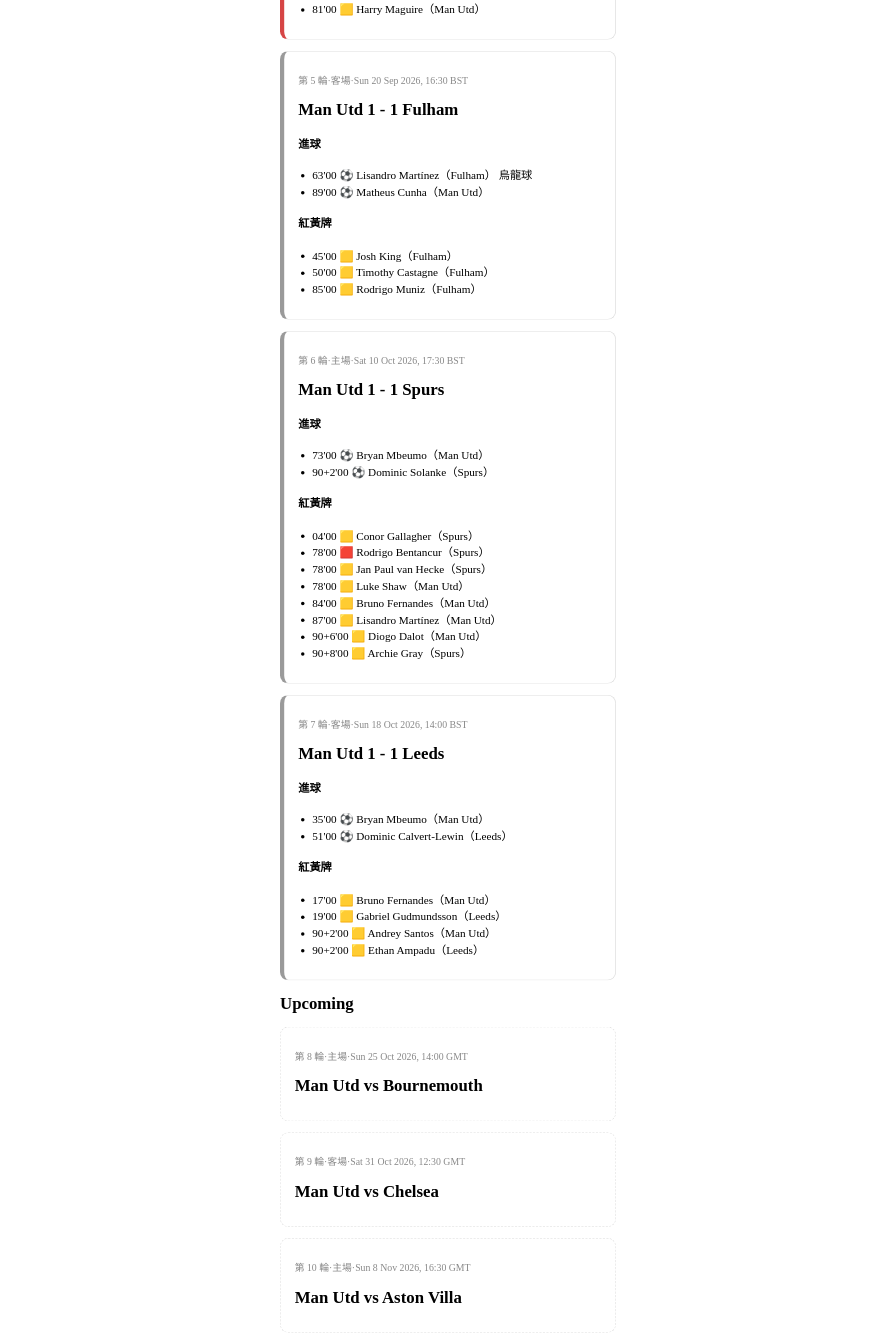
Repository: Chengyu0814/Premier-League-Dashboard
Page: / (app in frontend/)
These files come from the project's save history. The page is drawn as it stood at one moment and after the next save; the edit follows.
The browser window is 1280 px wide. The pictures show the part of the page from y = 1104 to 3024 px (the page is 3024 px tall), at 70% of full size.
The project was rebuilt for these pictures with package versions that can differ from the ones it lists, and the page was loaded fresh each time. Also part of the build but not shown: frontend/vite.config.js.

Above is the page before, as saved 2026-10-27 14:11:58.

### frontend/src/App.jsx
import PremierLeague from'./PremierLeague.jsx';
import "./index.css";

function App() {

  return (
    <>
    <PremierLeague/>
    </>
)
}

export default App

### frontend/src/PremierLeague.jsx
import { useState, useEffect } from 'react'
import MatchCard from './MatchCard.jsx'
 import Summary from './Summary.jsx'

function PremierLeague() {

  const [matches, setMatches] = useState([])

  useEffect(() => {
    fetch('/man_utd_summary.json')
      .then((res) => res.json())
      .then((data) => {setMatches(data)})
    }, [])

  const finished = matches.filter((m) => m.status === 'C')
  const upcoming = matches.filter((m) => m.status === 'U')

  return (
    <div className="dashboard">
    <h1>Man Utd Dashboard</h1>
    <Summary matches={finished}/>
     <h2>Finished</h2>
    {finished.map(
      (m) =>(<MatchCard key={m.gameweek} match={m} />)
    )}
    <h2>Upcoming</h2>
    {upcoming.map((m) => <MatchCard key={m.gameweek} match={m} />)}
    </div>
)
}

export default PremierLeague

### frontend/src/index.css
.dashboard {
    max-width: 480px;
    margin: 0 auto;
    padding: 0 16px;
}

.match-card{
    border: 1px solid #ddd;
    border-radius: 12px;
    padding: 16px 20px;
    margin: 16px 0;
    max-width: 480px;
    text-align: left;
}

.match-card.result-W { border-left: 6px solid #2e9e5b; }
.match-card.result-D { border-left: 6px solid #9a9a9a; }
.match-card.result-L { border-left: 6px solid #d64545; }

.match-card .kickoff{
    color: #888;
    font-size: 14px;
}

.match-card ul{
    padding-left: 20px;
}

.summary {
    display: flex;
    gap: 12px;
    max-width: 480px;
}
.stat {
    flex: 1;
    border: 1px solid #ddd;
    border-radius: 12px;
    padding: 12px 0;
    text-align: center;
}
.stat-value {
    font-size: 28px;
    font-weight: bold;
}
.stat-label {
    color: #888;
    font-size: 14px;
}
.match-card.upcoming {
    border-style: dashed;
  }

.match-count {
    color: black;
    font-size: 25px;
    margin-bottom: 8px;
    text-align: left;
}

### frontend/src/MatchCard.jsx
import { getSides, getResult } from './matchUtils.js'

const CARD_LABEL = { Y: '🟨', R: '🟥', YR: '🟨🟥' }

function MatchCard({ match }) {
  const { gameweek, kickoff, status, goals, cards } = match
  const { isHome, us, them } = getSides(match)
  const venue = isHome ? '主場' : '客場'

  if (status !== 'C') {
  return (
    <div className="match-card upcoming">
      <p className="kickoff">第 {gameweek} 輪·{venue}·{kickoff}</p>
      <h2>{us.team} vs {them.team}</h2>
    </div>
  )
  }
  const { result } = getResult(match)
  return (
  <div className={`match-card result-${result}`}>
    <p className="kickoff">第 {gameweek} 輪·{venue}·{kickoff}</p>
    <h2>{us.team} {us.score} - {them.score} {them.team}</h2>

    <h4>進球</h4>
    <ul>
    {goals.map((g, i) => (
      <li key={i}>
        {g.time} ⚽ {g.player}（{g.team}）
        {g.type === 'O' && ' 烏龍球'}
        {g.type === 'P' && ' 點球'}
      </li>
      ))}

    </ul>
    <h4>紅黃牌</h4>
    <ul>
      {cards.map((c, i) => (
        <li key={i}>
          {c.time} {CARD_LABEL[c.card]} {c.player}（{c.team}）
        </li>
    ))}
    </ul>
  </div>
  )
}

export default MatchCard

### frontend/src/Summary.jsx
import { getResult } from './matchUtils.js'

function Summary({ matches }) {
    let win = 0, draw = 0, loss = 0, goalsFor = 0, goalsAgainst = 0

    for (const m of matches) {

        const {us, them, result} = getResult(m)

        goalsFor += us.score
        goalsAgainst += them.score
        if (result==="W") win++
        else if (result==="D") draw++
        else loss++
    }

    const stats = [
        { label: 'Win', value: win },
        { label: 'Draw', value: draw },
        { label: 'Loss', value: loss },
        { label: 'Goals', value: goalsFor },
        { label: 'Conceded', value: goalsAgainst }
    ]

    return (
    <div>
    <div className="match-count">Currently {matches.length} matches</div>
    <div className="summary">
        {stats.map((s) => (
        <div key={s.label} className="stat">
            <div className="stat-value">{s.value}</div>
            <div className="stat-label">{s.label}</div>
        </div>
        ))}
    </div>
    </div>
    )
}

export default Summary

### frontend/src/matchUtils.js
export const TEAM = 'Man Utd'

export function getSides(match) {
    const isHome = match.home.team === TEAM
    const us = isHome ? match.home : match.away
    const them = isHome ? match.away : match.home
    return { isHome, us, them }
}

export function getResult(match) {
    const { us, them } = getSides(match)

    let result = 'D'
    if (us.score > them.score) result = 'W'
    else if (us.score < them.score) result = 'L'

    return { us, them, result }
}

### frontend/public/man_utd_summary.json
[
  {
    "gameweek": 3,
    "kickoff": "Sun 6 Sep 2026, 14:00 BST",
    "status": "C",
    "home": {
      "team": "Everton",
      "score": 2
    },
    "away": {
      "team": "Man Utd",
      "score": 2
    },
    "goals": [
      {
        "time": "46'00",
        "team": "Man Utd",
        "player": "Bryan Mbeumo",
        "type": "G"
      },
      {
        "time": "83'00",
        "team": "Everton",
        "player": "Tyrique George",
        "type": "G"
      },
      {
        "time": "88'00",
        "team": "Man Utd",
        "player": "Benjamin Sesko",
        "type": "G"
      },
      {
        "time": "90+6'00",
        "team": "Everton",
        "player": "Ainsley Maitland-Niles",
        "type": "G"
      }
    ],
    "cards": [
      {
        "time": "13'00",
        "team": "Everton",
        "player": "Harrison Armstrong",
        "card": "Y"
      },
      {
        "time": "34'00",
        "team": "Everton",
        "player": "Brennan Johnson",
        "card": "Y"
      },
      {
        "time": "62'00",
        "team": "Man Utd",
        "player": "Luke Shaw",
        "card": "Y"
      },
      {
        "time": "64'00",
        "team": "Everton",
        "player": "Merlin Röhl",
        "card": "Y"
      },
      {
        "time": "79'00",
        "team": "Man Utd",
        "player": "Harry Maguire",
        "card": "Y"
      },
      {
        "time": "81'00",
        "team": "Man Utd",
        "player": "Diogo Dalot",
        "card": "Y"
      }
    ]
  },
  {
    "gameweek": 4,
    "kickoff": "Sun 13 Sep 2026, 16:30 BST",
    "status": "C",
    "home": {
      "team": "Man Utd",
      "score": 0
    },
    "away": {
      "team": "Man City",
      "score": 1
    },
    "goals": [
      {
        "time": "60'00",
        "team": "Man City",
        "player": "Erling Haaland",
        "type": "G"
      }
    ],
    "cards": [
      {
        "time": "23'00",
        "team": "Man City",
        "player": "Phil Foden",
        "card": "R"
      },
      {
        "time": "79'00",
        "team": "Man City",
        "player": "Josko Gvardiol",
        "card": "Y"
      },
      {
        "time": "80'00",
        "team": "Man City",
        "player": "Enzo Fernández",
        "card": "Y"
      },
      {
        "time": "81'00",
        "team": "Man Utd",
        "player": "Harry Maguire",
        "card": "Y"
      }
    ]
  },
  {
    "gameweek": 5,
    "kickoff": "Sun 20 Sep 2026, 16:30 BST",
    "status": "C",
    "home": {
      "team": "Fulham",
      "score": 1
    },
    "away": {
      "team": "Man Utd",
      "score": 1
    },
    "goals": [
      {
        "time": "63'00",
        "team": "Fulham",
        "player": "Lisandro Martínez",
        "type": "O"
      },
      {
        "time": "89'00",
        "team": "Man Utd",
        "player": "Matheus Cunha",
        "type": "G"
      }
    ],
    "cards": [
      {
        "time": "45'00",
        "team": "Fulham",
        "player": "Josh King",
        "card": "Y"
      },
      {
        "time": "50'00",
        "team": "Fulham",
        "player": "Timothy Castagne",
        "card": "Y"
      },
      {
        "time": "85'00",
        "team": "Fulham",
        "player": "Rodrigo Muniz",
        "card": "Y"
      }
    ]
  },
  {
    "gameweek": 6,
    "kickoff": "Sat 10 Oct 2026, 17:30 BST",
    "status": "C",
    "home": {
      "team": "Man Utd",
      "score": 1
    },
    "away": {
      "team": "Spurs",
      "score": 1
    },
    "goals": [
      {
        "time": "73'00",
        "team": "Man Utd",
        "player": "Bryan Mbeumo",
        "type": "G"
      },
      {
        "time": "90+2'00",
        "team": "Spurs",
        "player": "Dominic Solanke",
        "type": "G"
      }
    ],
    "cards": [
      {
        "time": "04'00",
        "team": "Spurs",
        "player": "Conor Gallagher",
        "card": "Y"
      },
      {
        "time": "78'00",
        "team": "Spurs",
        "player": "Rodrigo Bentancur",
        "card": "R"
      },
      {
        "time": "78'00",
        "team": "Spurs",
        "player": "Jan Paul van Hecke",
        "card": "Y"
      },
      {
        "time": "78'00",
        "team": "Man Utd",
        "player": "Luke Shaw",
        "card": "Y"
      },
      {
        "time": "84'00",
        "team": "Man Utd",
        "player": "Bruno Fernandes",
        "card": "Y"
      },
      {
        "time": "87'00",
        "team": "Man Utd",
        "player": "Lisandro Martínez",
        "card": "Y"
      },
      {
        "time": "90+6'00",
        "team": "Man Utd",
        "player": "Diogo Dalot",
        "card": "Y"
      },
      {
        "time": "90+8'00",
        "team": "Spurs",
        "player": "Archie Gray",
        "card": "Y"
      }
    ]
  },
  {
    "gameweek": 7,
    "kickoff": "Sun 18 Oct 2026, 14:00 BST",
    "status": "C",
    "home": {
      "team": "Leeds",
      "score": 1
    },
    "away": {
      "team": "Man Utd",
      "score": 1
    },
    "goals": [
      {
        "time": "35'00",
        "team": "Man Utd",
        "player": "Bryan Mbeumo",
        "type": "G"
      },
      {
        "time": "51'00",
        "team": "Leeds",
        "player": "Dominic Calvert-Lewin",
        "type": "G"
      }
    ],
    "cards": [
      {
        "time": "17'00",
        "team": "Man Utd",
        "player": "Bruno Fernandes",
        "card": "Y"
      },
      {
        "time": "19'00",
        "team": "Leeds",
        "player": "Gabriel Gudmundsson",
        "card": "Y"
      },
      {
        "time": "90+2'00",
        "team": "Man Utd",
        "player": "Andrey Santos",
        "card": "Y"
      },
      {
        "time": "90+2'00",
        "team": "Leeds",
        "player": "Ethan Ampadu",
        "card": "Y"
      }
    ]
  },
  {
    "gameweek": 8,
    "kickoff": "Sun 25 Oct 2026, 14:00 GMT",
    "status": "U",
    "home": {
      "team": "Man Utd",
      "score": null
    },
    "away": {
      "team": "Bournemouth",
      "score": null
    },
    "goals": [],
    "cards": []
  },
  {
    "gameweek": 9,
    "kickoff": "Sat 31 Oct 2026, 12:30 GMT",
    "status": "U",
    "home": {
      "team": "Chelsea",
      "score": null
    },
    "away": {
      "team": "Man Utd",
      "score": null
    },
    "goals": [],
    "cards": []
  },
  {
    "gameweek": 10,
    "kickoff": "Sun 8 Nov 2026, 16:30 GMT",
    "status": "U",
    "home": {
      "team": "Man Utd",
      "score": null
    },
    "away": {
      "team": "Aston Villa",
      "score": null
    },
    "goals": [],
    "cards": []
  }
]

Loaded but not shown: frontend/index.html (common file); frontend/src/main.jsx (common file)

After the next save:
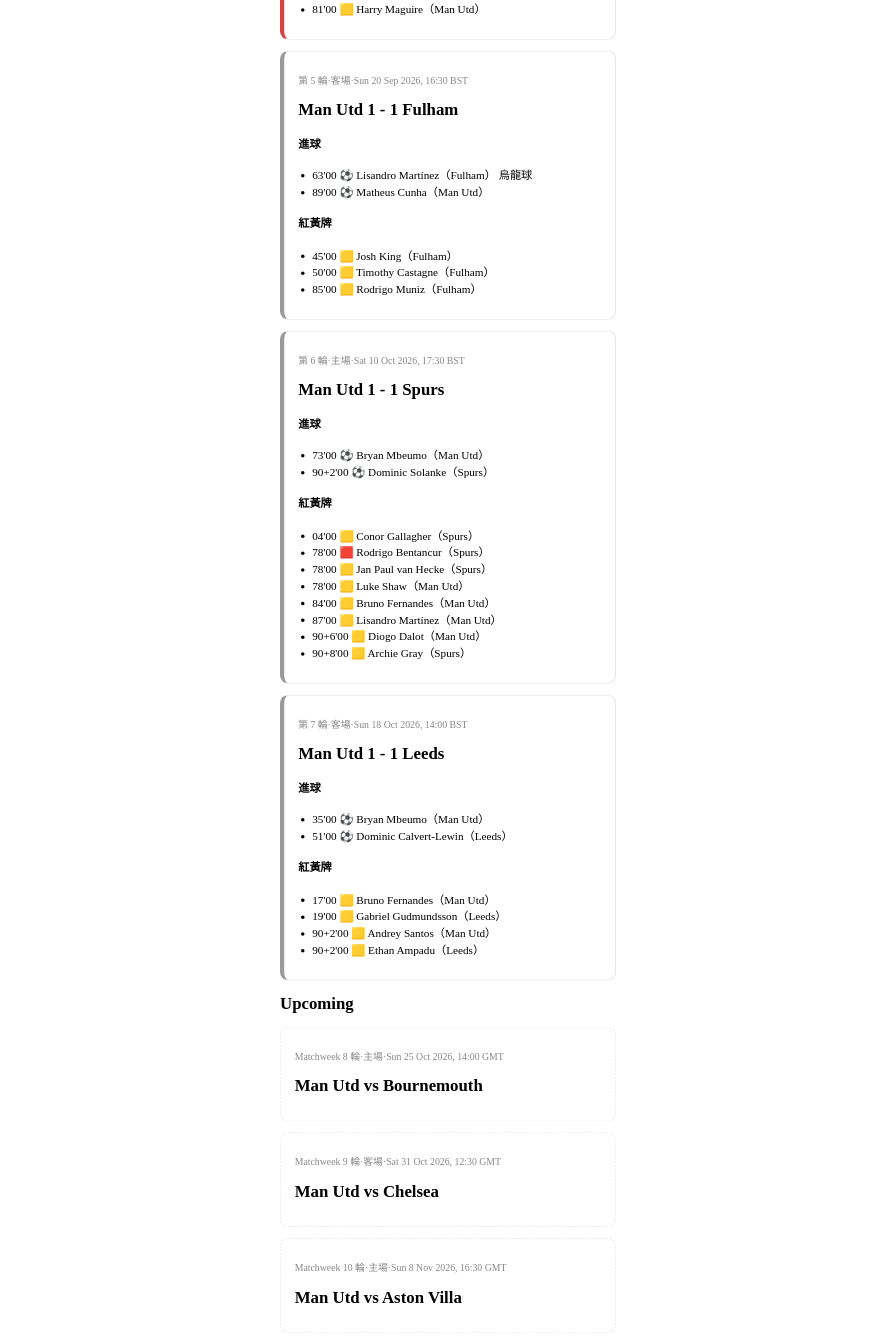
Saved 99 s later.
--- a/frontend/src/MatchCard.jsx
+++ b/frontend/src/MatchCard.jsx
@@ -10,7 +10,7 @@
   if (status !== 'C') {
   return (
     <div className="match-card upcoming">
-      <p className="kickoff">第 {gameweek} 輪·{venue}·{kickoff}</p>
+      <p className="kickoff">Matchweek {gameweek} 輪·{venue}·{kickoff}</p>
       <h2>{us.team} vs {them.team}</h2>
     </div>
   )
